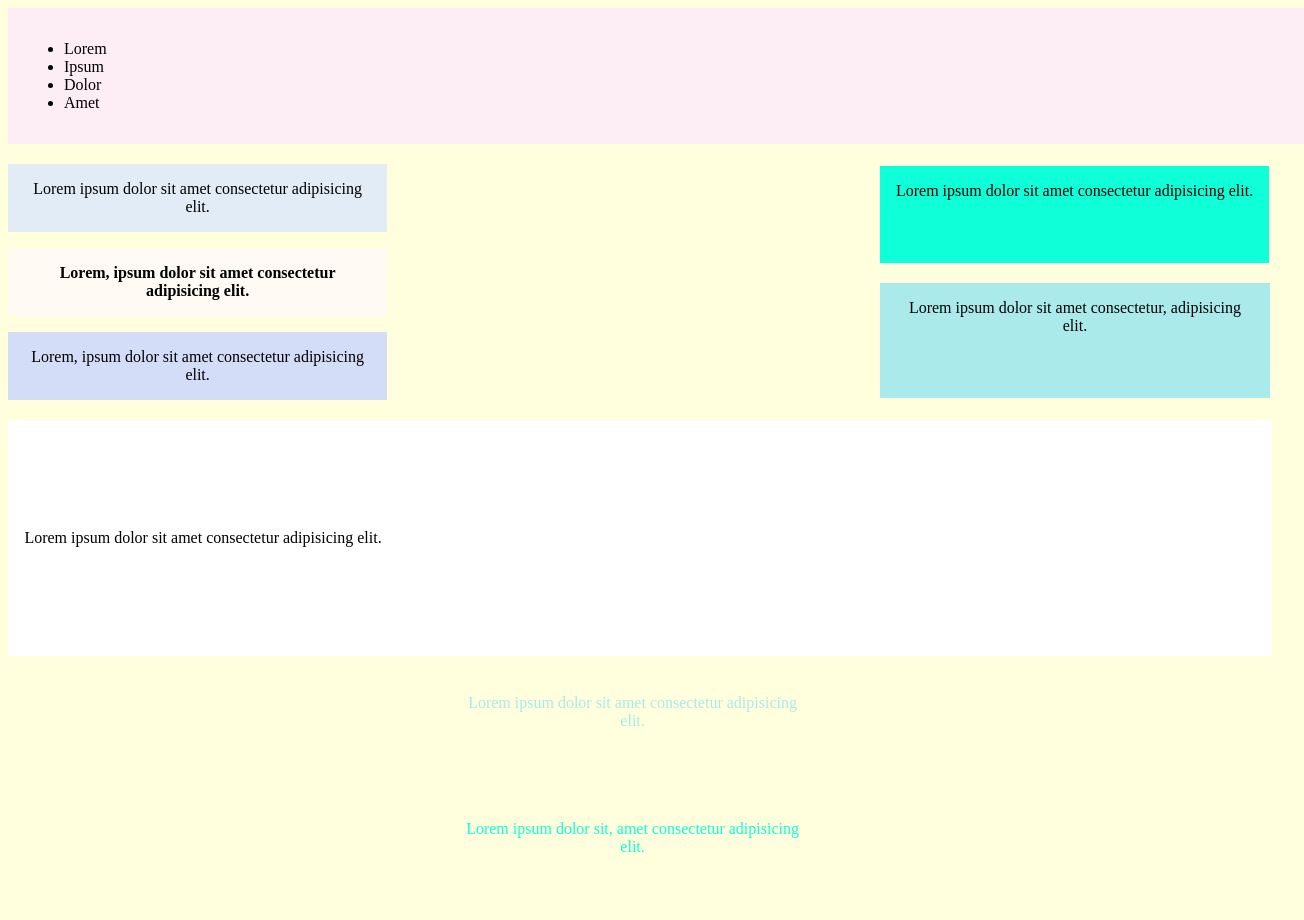
Repository: HTML-a-CSS-2/projekt-portfolio-Angelina555555
Page: .github/index.html
An editor plug-in stored every save of this project. The page is shown before and after the next save, followed by the edit.
The browser window is 1280 px wide. The page is 1304 px wide, so the pictures cover 1304 px, including what lies to the right of the window. The pictures show the whole page.

Above is the page before, as saved 2022-05-15 23:22:20.

After the next save:
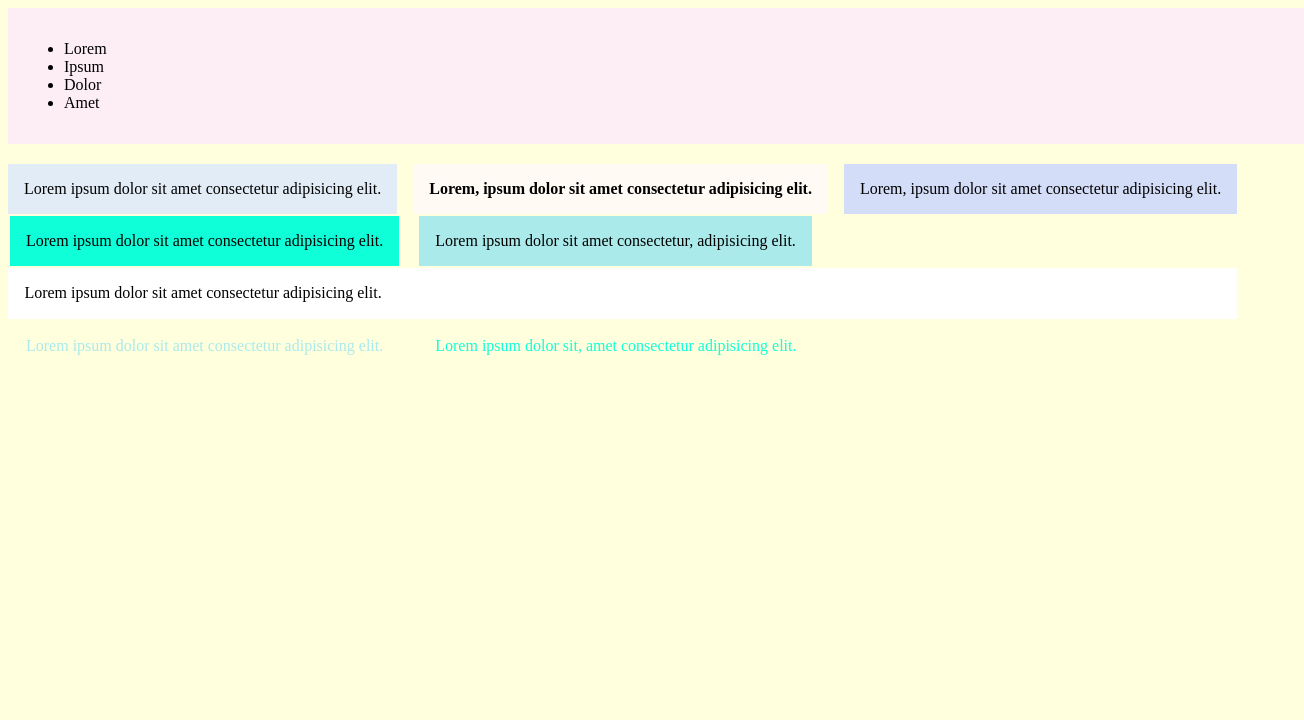
Saved 45 s later.
--- a/.github/default.css
+++ b/.github/default.css
@@ -96,7 +96,7 @@ body {
 }
 
 @media screen and (min-width: 340px) {
-  body {
+  .container {
     display: inline-block;
   }
 }
